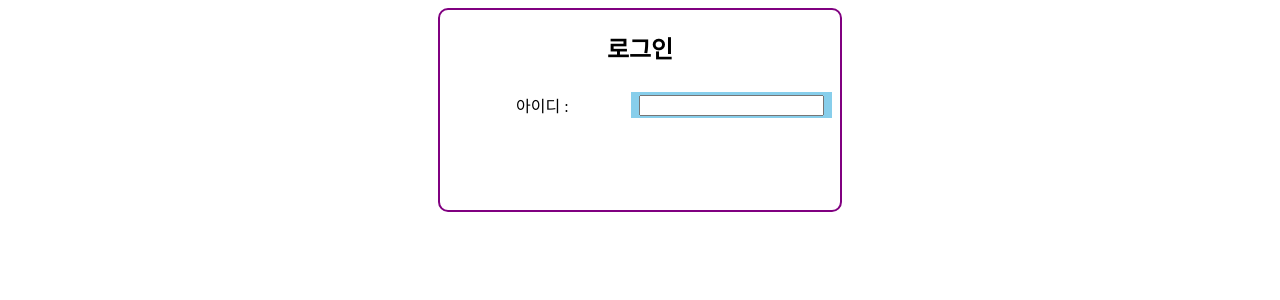
Repository: dbwls89876/Ru
Page: http://localhost/chapter16/loginForm.jsp
The author's editor kept a copy of each file at every save. The page is drawn from the files as they stood at one save, then again after the next save.
The browser window is 1280 px wide. The pictures show the whole page.
The page is served by Tomcat 9.

Above is the page before, as saved 2021-02-24 00:52:17.

After the next save:
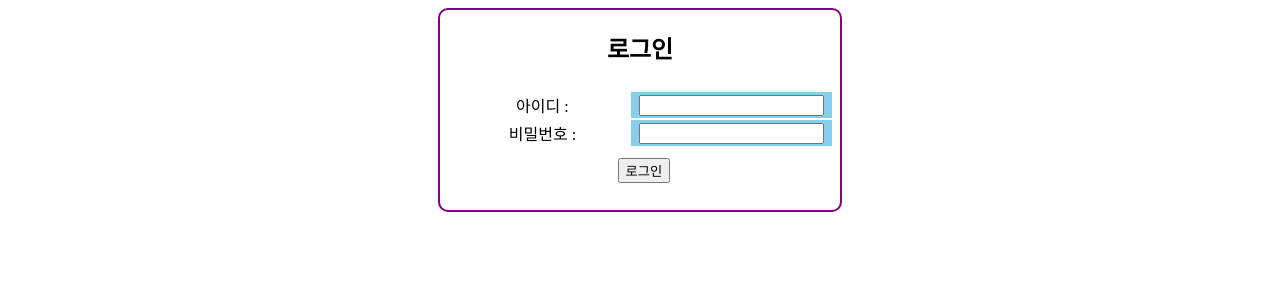
Saved 2 min 8 s later.
--- a/java&jsp/Workspace/chapter16/WebContent/loginForm.jsp
+++ b/java&jsp/Workspace/chapter16/WebContent/loginForm.jsp
@@ -52,7 +52,16 @@
 					<input type="text" name="id" id="id"/>
 				</td>
 			</tr>
+			<tr>
+				<td class="td_left">
+					<label for = "password">비밀번호 : </label>
+				</td>
+				<td class="td_right">
+					<input type="password" name="password" id="password"/>
+				</td>
+			</tr>
 		</table>
+		<input type="submit" value="로그인" id="selectButton"/>
 	</fieldset>
 	</form>
 </section>
